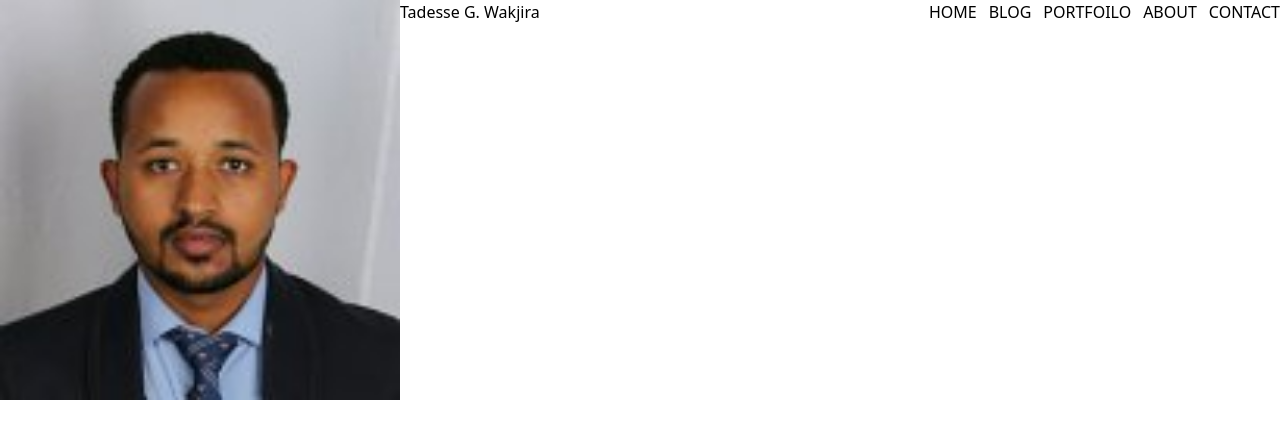
Repository: Elias-Kibret/Tade-portfoilo
Page: /
The author's editor kept a copy of each file at every save. The page is drawn from the files as they stood at one save, then again after the next save.
The browser window is 1280 px wide. The pictures show the whole page.
The project was rebuilt for these pictures with package versions that can differ from the ones it lists, and the page was loaded fresh each time. The framework's server and built-in components were replaced by stand-ins that run in the browser. Also part of the build but not shown: next.config.js.

Above is the page before, as saved 2022-06-27 00:46:04.

After the next save:
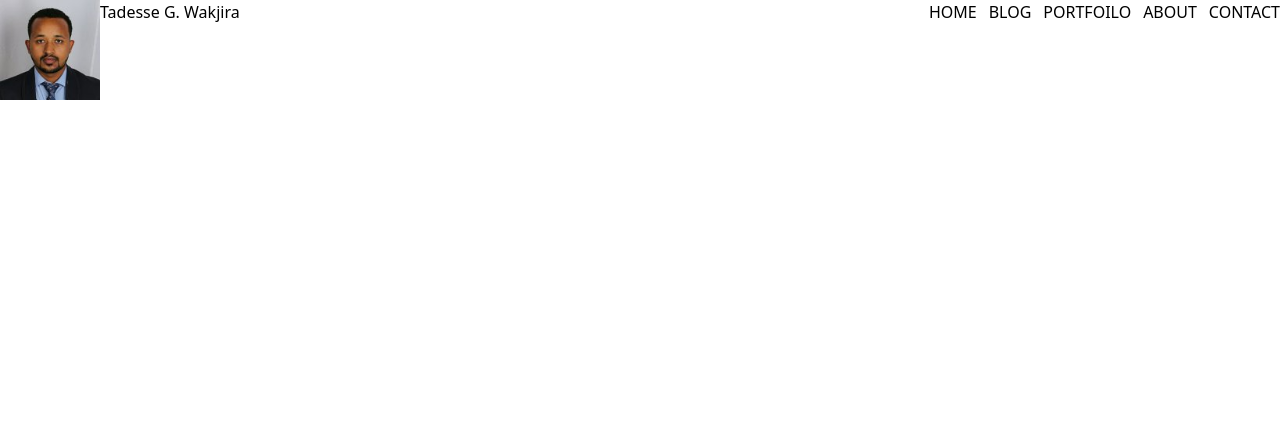
Saved 33 s later.
--- a/components/Header.tsx
+++ b/components/Header.tsx
@@ -8,7 +8,7 @@ const Header = () => {
    <div className="flex justify-between ">
       <div className="flex">
        <div >
-       <Image src={Logo} alt="Taddes" width={400} height={400} />
+       <Image src={Logo} alt="Taddes" width={100} height={1000} />
        </div>
         <span>Tadesse G. Wakjira</span>
       </div>
